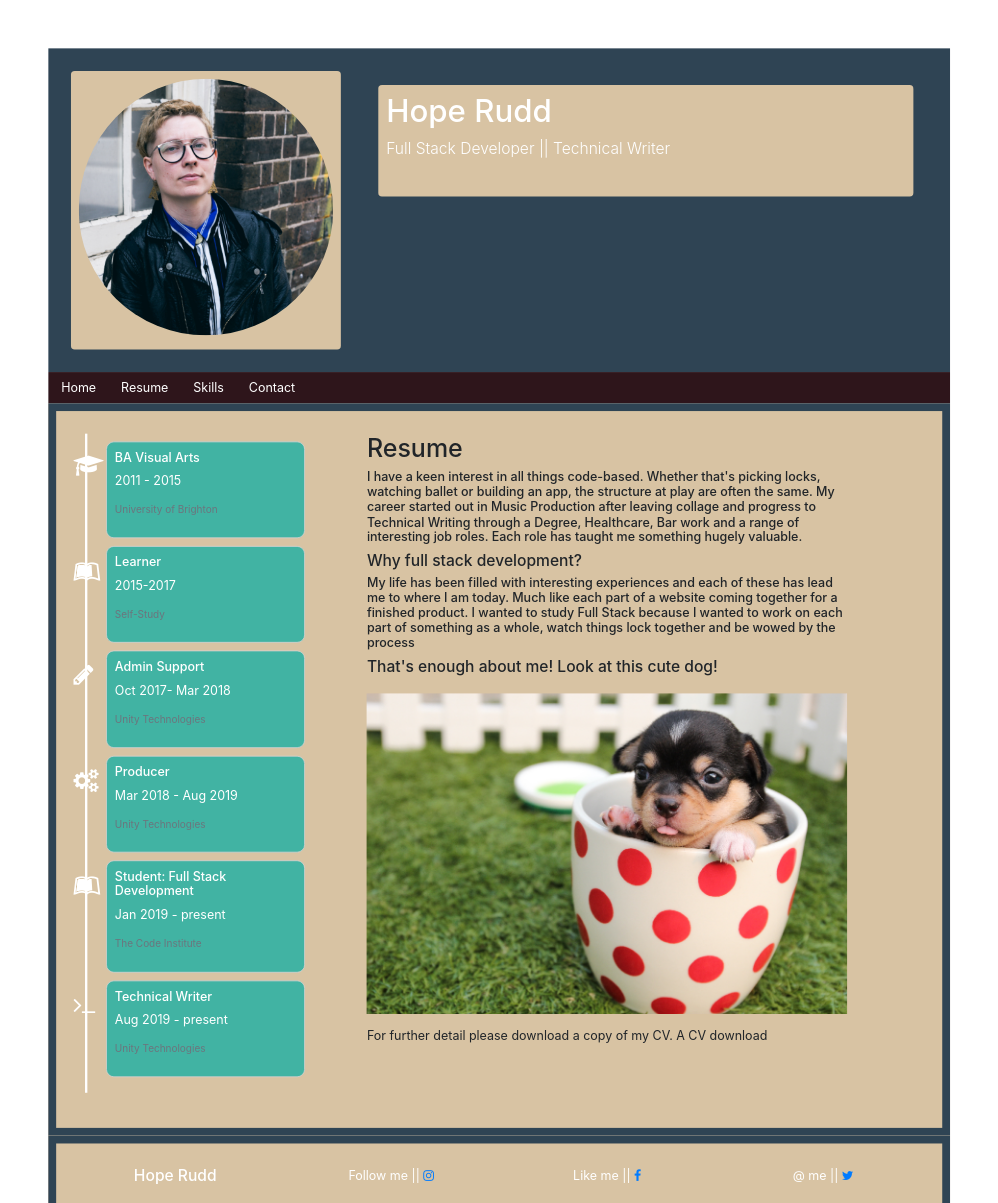
Repository: BleakTerrain/MilestoneProject-
Page: resume.html
The author's editor kept a record of every edit. The page is drawn from the files as they stood at one moment, then again after the next edit.
The browser window is 1280 px wide. The pictures show the whole page, at 78% of full size.
Some web libraries are served in a nearby version.

Above is the page before.

After the next edit:
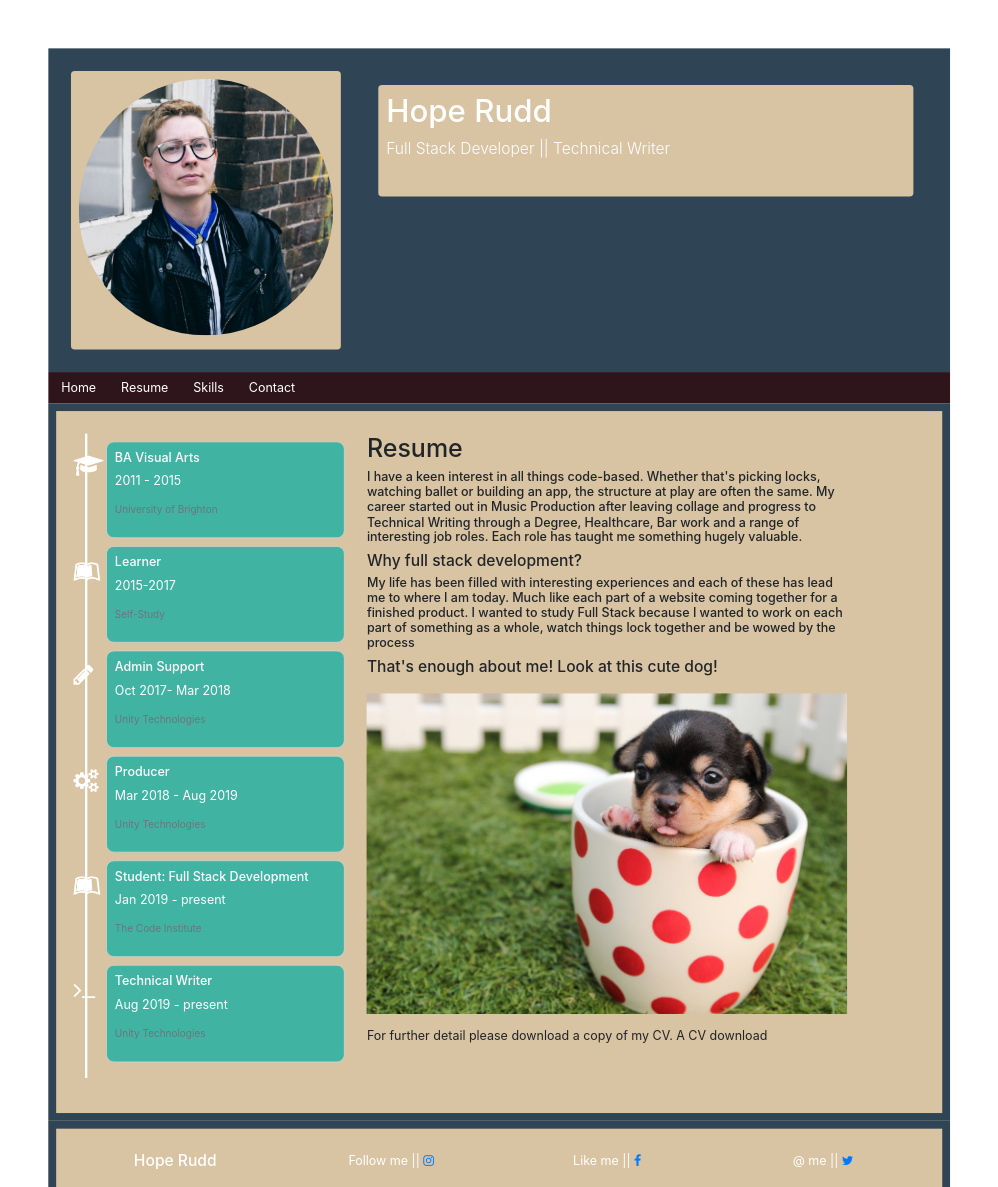
The edit:
--- a/assets/CSS/stylesheet.css
+++ b/assets/CSS/stylesheet.css
@@ -189,7 +189,7 @@
  .timeline-panel {
    background-color:  #41B3A3;
    color:#fff;
-  width: 75%;
+  width: 90%;
   float: center;
   border: 1px solid #d4d4d4;
   border-radius: 10px;
